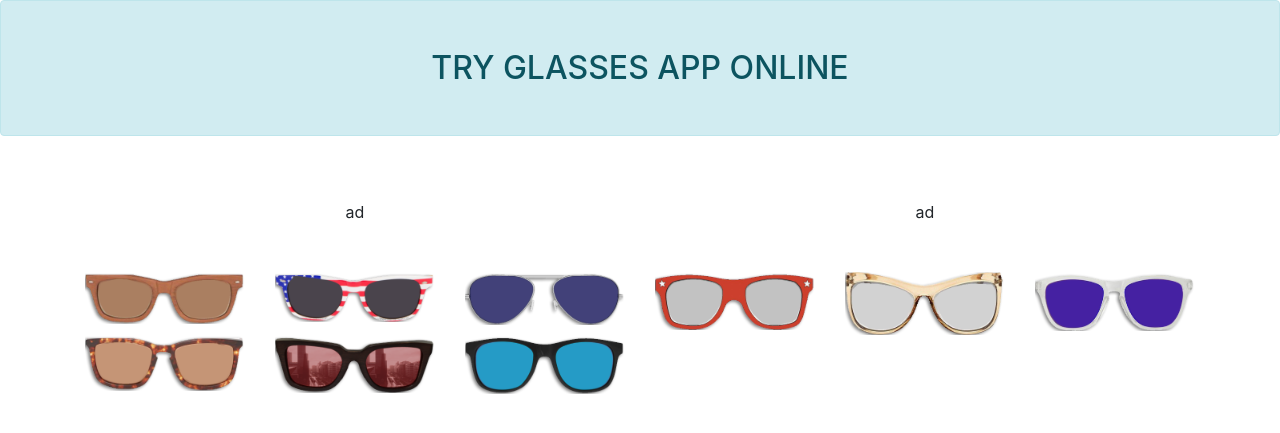
Repository: phongthanhh/ChoseGlass
Page: /
An editor plug-in stored every save of this project. The page is shown before and after the next save, followed by the edit.
The browser window is 1280 px wide. The pictures show the whole page.
The project was rebuilt for these pictures with package versions that can differ from the ones it lists, and the page was loaded fresh each time.

Above is the page before, as saved 2022-12-25 15:37:30.

After the next save:
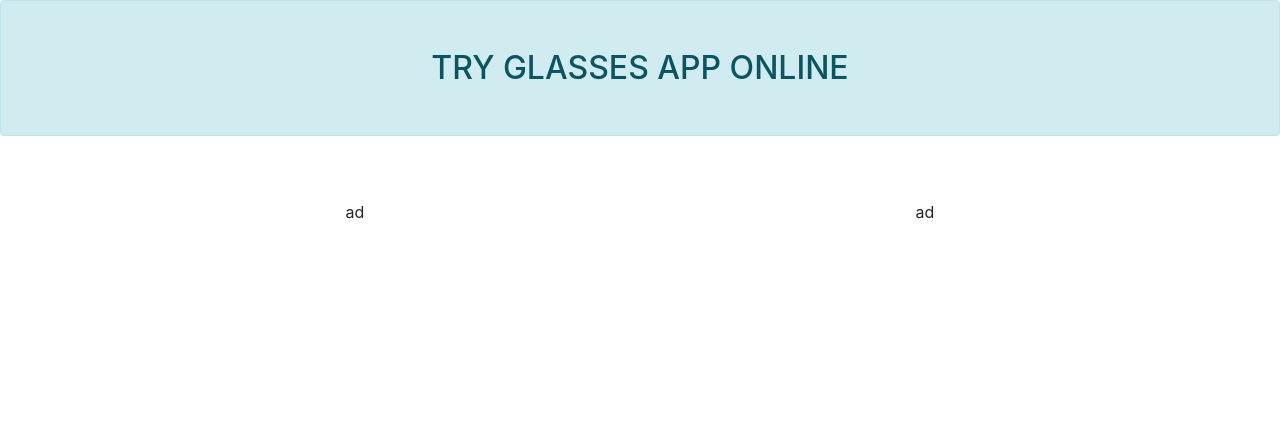
Saved 4 s later.
--- a/src/ChoseGlass/BTGlass.jsx
+++ b/src/ChoseGlass/BTGlass.jsx
@@ -95,9 +95,7 @@
                                 ad
                             </div>
                         </div>
-                        <div className="row">
-                            {this.renderListGlass()}
-                        </div>
+
                     </div>
                 </section>
             </div>
